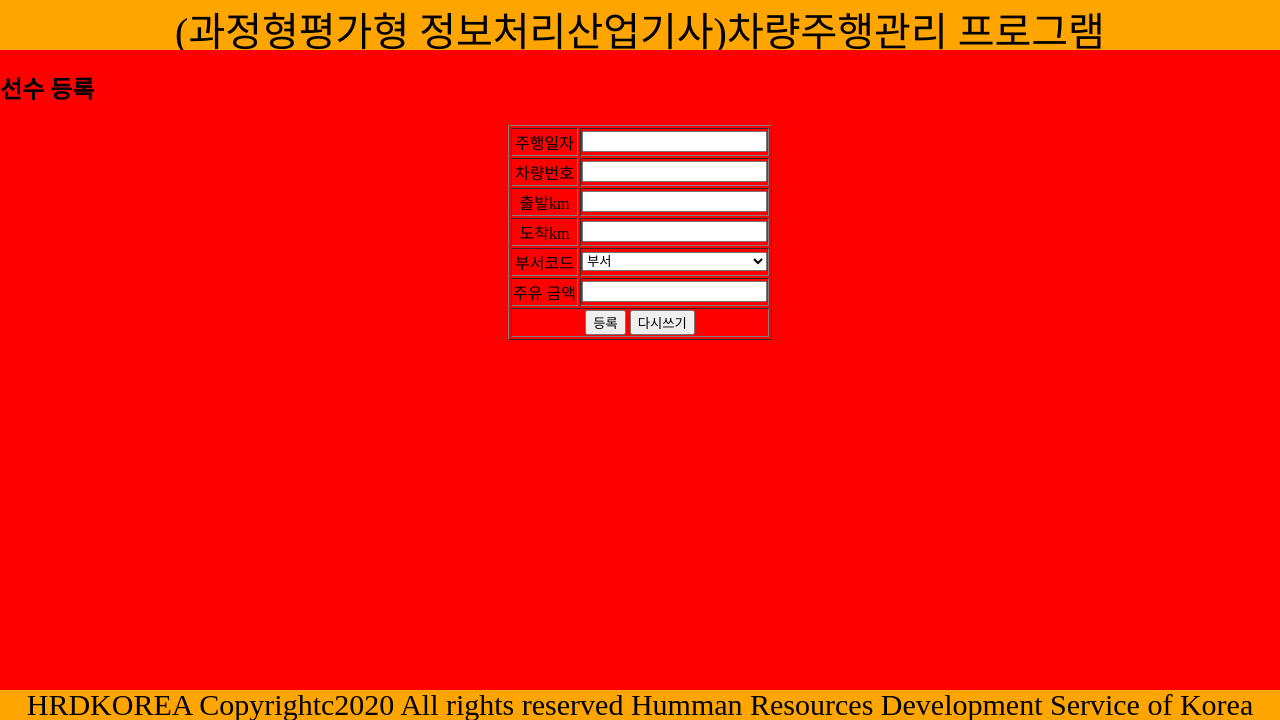
Repository: jeajune0221/information
Page: http://localhost/HRD_2411/join.jsp
These files come from the project's save history. The page is drawn as it stood at one moment and after the next save; the edit follows.
The browser window is 1280 px wide. The pictures show the whole page.
The page is served by Tomcat 9. Queries for data that is not in the repository find no rows.

Above is the page before, as saved 2026-04-13 08:42:13.

### HRD_2411/src/main/webapp/join.jsp
<%@ page language="java" contentType="text/html; charset=UTF-8"
    pageEncoding="UTF-8"%>
        <%@include file = "db_connect.jsp" %>

<!DOCTYPE html>
<html>
<head>
<meta charset="UTF-8">
<title>Insert title here</title>
<link href ="style.css" rel ="stylesheet">
</head>
<body>
<script type = "text/javascript" src = "check.js"></script>
<jsp:include page="header.jsp"></jsp:include>
<section>
<H2>선수 등록</H2>
<form method="post" action ="join_action.jsp" name = "frm" style = "display : flex; align-items : center; justify-content : center; text-align : center">
<table border = 1>
<%
request.setCharacterEncoding("UTF-8");
String pid = "";
try{
	String query ="select max(pid)+1 as pid from giants_player";
	PreparedStatement pstmt = con.prepareStatement(query);
	ResultSet rs = pstmt.executeQuery(query);
	rs.next();
	pid = rs.getString("pid");
}catch (Exception e){

}

 %>

<tr>
	<td>
	주행일자
	</td>
	<td><input type = "text" name = "drv_date" ></td>
</tr>
<tr>
<td>차량번호</td>
<td><input type = "text" name = "car_no" ></td>

</tr>
<tr>
<td>출발km</td>
<td><input type ="text" name = "drv_start"></td>
</tr>
<tr>
<td>도착km</td>
<td><input type ="text" name ="drv_end"></td>
</tr>
<tr>
<td>부서코드</td>
<td colspan = 2>
<select name ="dept" style ="width : 100%">
<option value ="">부서</option>
<option value ="영업부">[10]영업부</option>
<option value ="총무부">[20]총무부</option>
<option value ="구매부">[30]구매부</option>
<option value ="개발부">[40]개발부</option>

</select>
</td>
</tr>
<tr>
<td>주유 금액</td>
<td ><input type="text" name ="drv_money"></td>
</tr>
<tr>
<td colspan = 3>
<input type = "submit" value ="등록" onclick ="return checkJoin()">
<input type = "reset" value ="다시쓰기" onclick = "rewrite()">

</td>
</tr>

</table>
</form>
</section>
<jsp:include page="footer.jsp"></jsp:include>
</body>
</html>

### HRD_2411/src/main/webapp/db_connect.jsp
<%@ page language="java" contentType="text/html; charset=UTF-8"
    pageEncoding="UTF-8"%>
<%@ page import = "java.sql.*" %>
<%
Class.forName("oracle.jdbc.OracleDriver");
Connection con = DriverManager.getConnection("jdbc:oracle:thin:@//localhost:1521/xe","system","1234");
%>

### HRD_2411/src/main/webapp/header.jsp
<%@ page language="java" contentType="text/html; charset=UTF-8"
    pageEncoding="UTF-8"%>
<!DOCTYPE html>
<html>
<head>
<meta charset="UTF-8">
<title>Insert title here</title>
<link href = "style.css" rel = "stylesheet">

</head>
<body>
<header>(과정형평가형 정보처리산업기사)차량주행관리 프로그램</header>
<nav>
<a href="list.jsp">차량 조회</a>
<a href="join.jsp">주행내역등록</a>
<a href="drivelist.jsp">주행내역조회</a>
<a href="drivestatus.jsp">부서별주행통계</a>
<a href="index.jsp">홈으로</a>



</nav>
</body>
</html>

### HRD_2411/src/main/webapp/footer.jsp
<%@ page language="java" contentType="text/html; charset=UTF-8"
    pageEncoding="UTF-8"%>
<!DOCTYPE html>
<html>
<head>
<meta charset="UTF-8">
<title>Insert title here</title>
<link href = "style.css" rel = "stylesheet">

</head>
<body>
<footer>HRDKOREA Copyrightc2020 All rights reserved Humman Resources Development Service of Korea</footer>
</body>
</html>

### HRD_2411/src/main/webapp/style.css
@charset "UTF-8";

header{
	position :fixed;
	top:0px;
	left : 0px;
	width : 100%;
	height : 70px;
	background : orange;
	text-align:center;
	font-size : 40px;
}
nav{
	position : fixed;
	top : 70px;
	left : 0px;
	width : 100%;
	height : 40px;
	background : pink;
	line-height : 40px;
	padding-left : 20px;
	font-size : 20px;
}
section{
	display : fixed;
	position : fixed;
	top : 50px;
	left : 0px;
	width : 100%;
	height : 100%;
	background : lightgray;
	text-align : center;
	justify-content: center;
	align-items: center;
	text-align: left;
	background : red;
}

footer{
	position : fixed;
	bottom : 0px;
	left : 0px;
	width : 100%;
	height : 30px;
	background : orange;
	line-height : 30px;
	text-align : center;
	font-size : 30px;

}

### HRD_2411/src/main/webapp/check.js
function checkJoin() {
    if(frm.drv_date.value.length==0) {
        alert("주행일자가 입력되지 않았습니다!")
        frm.drv_date.focus();
        return false;
    }

    //모든 속성에 대해 유효성 검사
    if(frm.car_no.value=="") {
        alert("차량번호가 입력되지 않았습니다!")
        frm.car_no.focus();
        return false;
    }

    if(frm.drv_start.value=="") {
        alert("출발Km 입력되지 않았습니다.")
        frm.drv_start.focus();
        return false;
    }

    if(frm.drv_end.value=="") {
        alert("도착Km 입력되지 않았습니다.")
        frm.drv_end.focus();
        return false;
    }
    if(frm.dept[0].checked == false && frm.dept[1].checked == false && frm.dept[2].checked == false && frm.pgrade[3].checked == false){
		alert('부서코드가 선택되지 않았습니다! ')
		frm.dept[0].focus()
		return false;
	}
	if(frm.drv_money.value = ""){
		alert("주유금액이 입력되지 않았습니다!")
		frm.drv_money.focus();
	}
}
function rewrite(){
	alert("정보를 지우고 처음부터 다시 입력 합니다.")
}

After the next save:
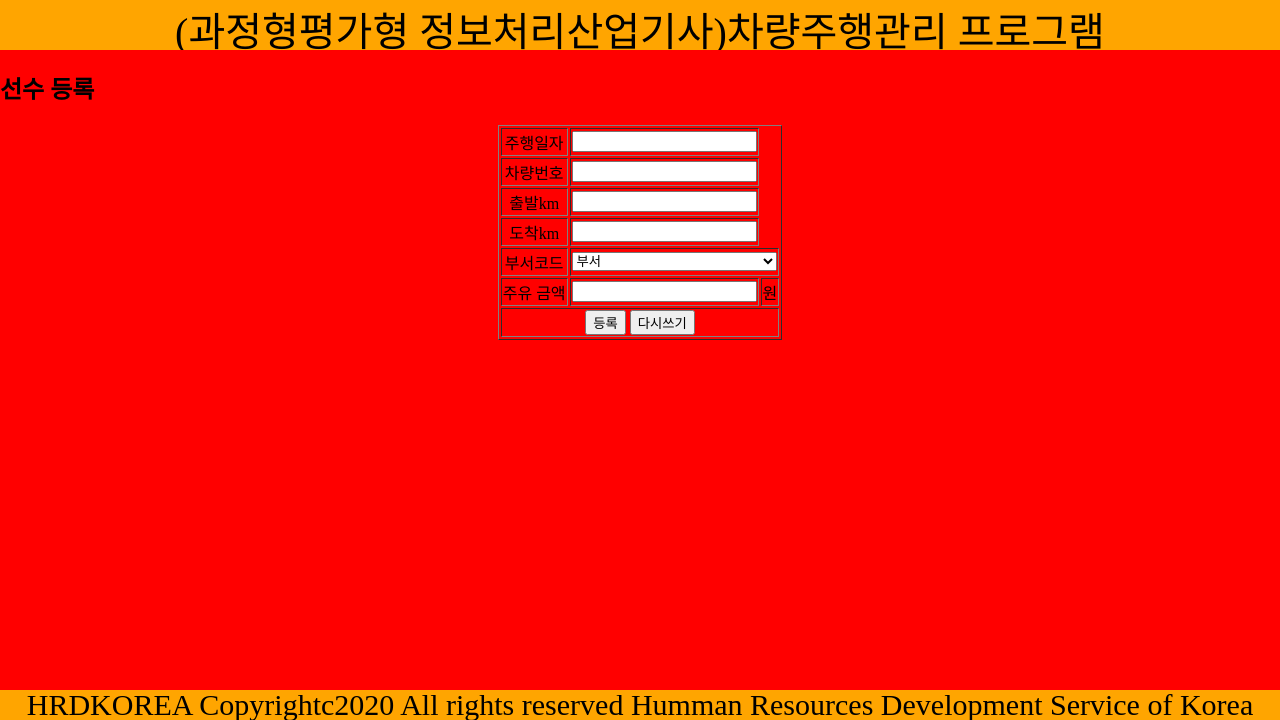
Saved 16 s later.
--- a/HRD_2411/src/main/webapp/join.jsp
+++ b/HRD_2411/src/main/webapp/join.jsp
@@ -66,6 +66,8 @@
 <tr>
 <td>주유 금액</td>
 <td ><input type="text" name ="drv_money"></td>
+
+<td>원</td>
 </tr>
 <tr>
 <td colspan = 3>
